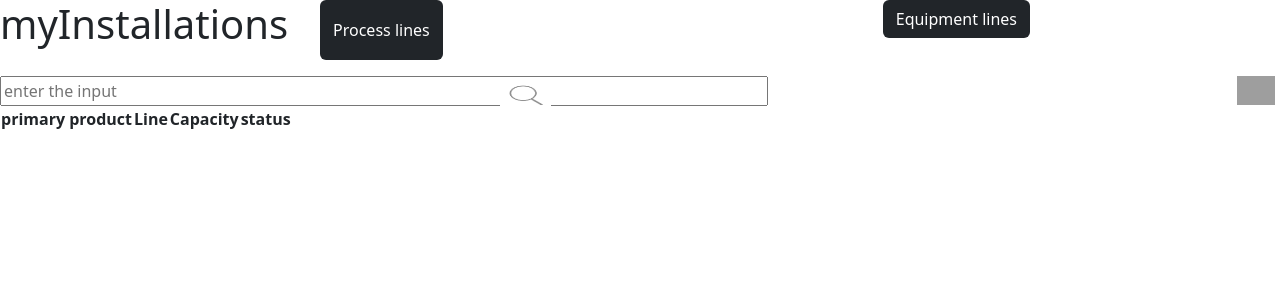
Repository: sreech465/evin3
Page: /pdetails
An editor plug-in stored every save of this project. The page is shown before and after the next save, followed by the edit.
The browser window is 1280 px wide. The pictures show the whole page.
Pictures or frames that could not be fetched are drawn as grey boxes. The page's requests for data from a server got no answer. The project was rebuilt for these pictures with package versions that can differ from the ones it lists, and the page was loaded fresh each time. No one was signed in, and anything a server would have sent is missing. Also part of the build but not shown: src/Login.js, src/Display.js, src/Posts.js, src/Pagination.js, src/Details.js, src/Equipment.js, src/process.css, src/Learning.js and 2 more.

Above is the page before, as saved 2022-10-29 18:33:59.

After the next save:
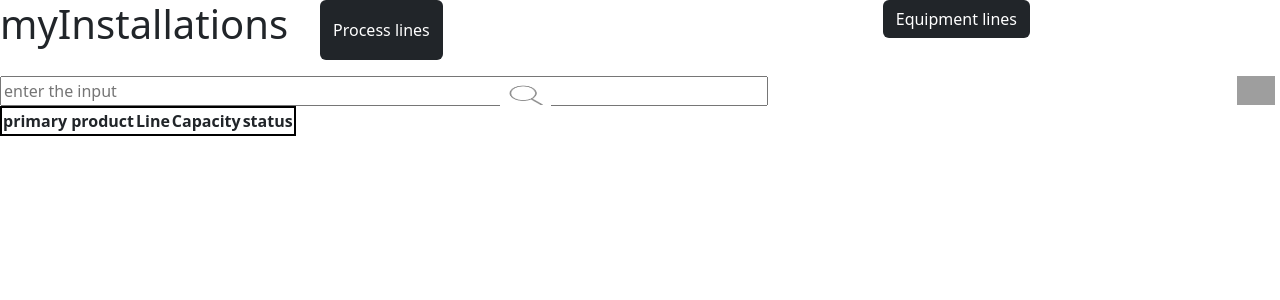
Saved 54 s later.
--- a/src/Process.js
+++ b/src/Process.js
@@ -35,7 +35,7 @@ const Process = () => {
 
       <CustomSearchBar data={tab === "Process Line" ? ProcessData : ""} />
 
-      <table>
+      <table style={{ border: "2px solid black" }}>
         <tr>
           <th>primary product</th>
           <th>Line</th>
